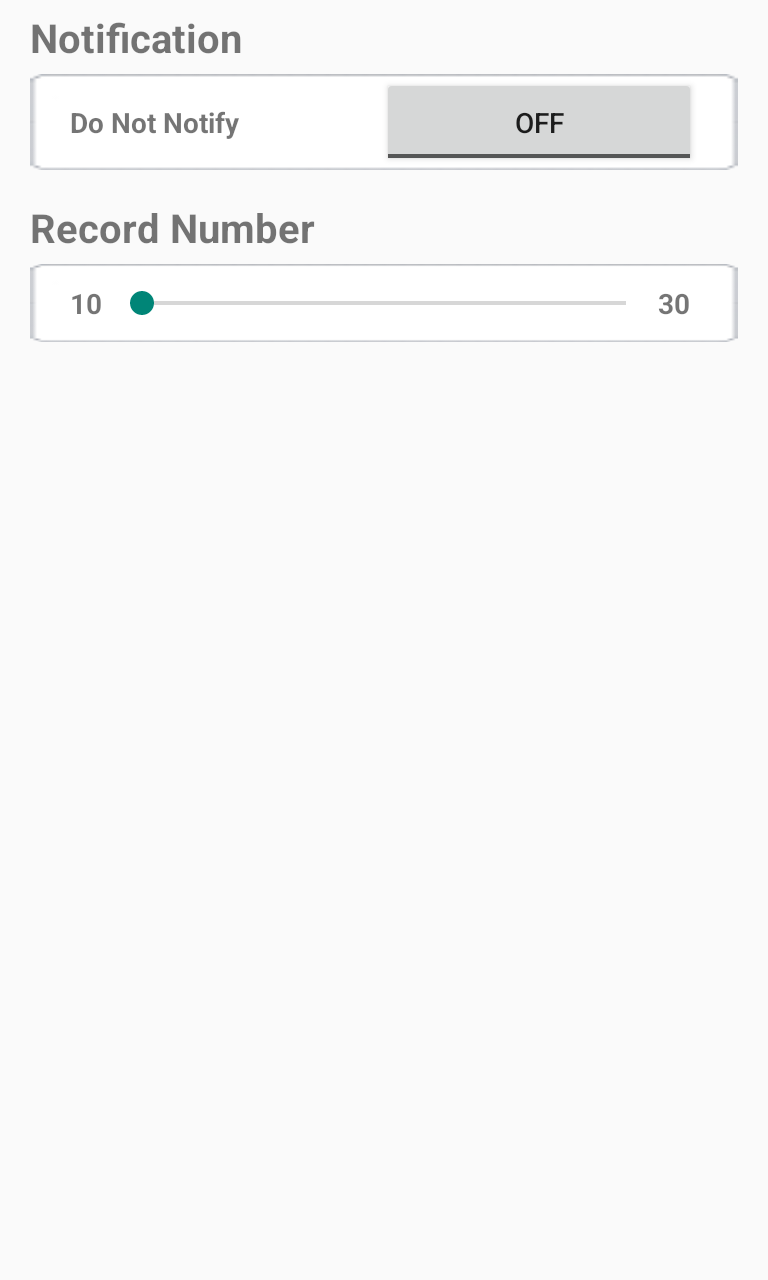
Repository: GitDidNotExitCleanly/AndroidTimer
Layout: G54MDP_Stopwatch/res/layout/fragment_settings.xml
These files come from the project's save history. The layout is drawn as it stood at one moment and after the next save; the edit follows.
It is drawn on a 768 x 1280 px phone screen (xhdpi) without system bars, with theme AppTheme; the app's code is not run.

Above is the layout before, as saved 2015-03-07 17:16:32.

### G54MDP_Stopwatch/res/layout/fragment_settings.xml
<?xml version="1.0" encoding="utf-8"?>
<LinearLayout xmlns:android="http://schemas.android.com/apk/res/android"
    android:layout_width="match_parent"
    android:layout_height="match_parent"
    android:orientation="vertical" >

    <LinearLayout
        android:layout_width="match_parent"
        android:layout_height="wrap_content"
        android:orientation="vertical"
        android:layout_marginTop="5dp"
        android:layout_marginBottom="5dp"
        android:layout_marginLeft="15dp"
        android:layout_marginRight="15dp" >

        <TextView
            android:layout_width="wrap_content"
            android:layout_height="wrap_content"
            android:textStyle="bold"
            android:textSize="20sp"
            android:text="Notification" />

       <LinearLayout
           android:layout_width="match_parent"
           android:layout_height="wrap_content"
           android:layout_marginBottom="5dp"
           android:layout_marginTop="5dp"
           android:paddingLeft="20dp"
           android:paddingRight="20dp"
           android:background="@drawable/settings_border"
           android:orientation="horizontal" >

            <TextView
                android:layout_width="wrap_content"
                android:layout_height="wrap_content"
                android:layout_weight="1"
                android:textStyle="bold"
                android:text="Do Not Notify" />

            <ToggleButton
                android:id="@+id/do_not_notify"
                android:layout_width="wrap_content"
                android:layout_height="wrap_content"
                android:layout_weight="1"
                android:checked="false"
                android:text="ToggleButton" />

        </LinearLayout>

    </LinearLayout>

    <LinearLayout
        android:layout_width="match_parent"
        android:layout_height="wrap_content"
        android:orientation="vertical"
        android:layout_marginTop="5dp"
        android:layout_marginBottom="5dp"
        android:layout_marginLeft="15dp"
        android:layout_marginRight="15dp" >

         <TextView
            android:layout_width="wrap_content"
            android:layout_height="wrap_content"
            android:textStyle="bold"
            android:textSize="20sp"
            android:text="Record Number" />

        <LinearLayout
            android:layout_width="match_parent"
            android:layout_height="wrap_content"
            android:layout_marginBottom="5dp"
            android:layout_marginTop="5dp"
            android:background="@drawable/settings_border"
            android:gravity="center"
            android:orientation="horizontal"
            android:paddingTop="10dp"
            android:paddingBottom="10dp"
            android:paddingLeft="20dp"
            android:paddingRight="20dp" >

            <TextView
                android:layout_width="20dp"
                android:layout_height="wrap_content"
                android:textStyle="bold"
                android:text="10" />

            <SeekBar
                android:id="@+id/record_number_seekbar"
                android:layout_width="fill_parent"
                android:layout_height="wrap_content"
                android:layout_weight="1" />

            <TextView
                android:layout_width="20dp"
                android:layout_height="wrap_content"
                android:textStyle="bold"
                android:text="30" />

        </LinearLayout>

    </LinearLayout>

</LinearLayout>

Loaded but not shown: G54MDP_Stopwatch/res/values/styles.xml (common file); G54MDP_Stopwatch/res/values-v11/styles.xml (common file); G54MDP_Stopwatch/res/values-v14/styles.xml (common file)

After the next save:
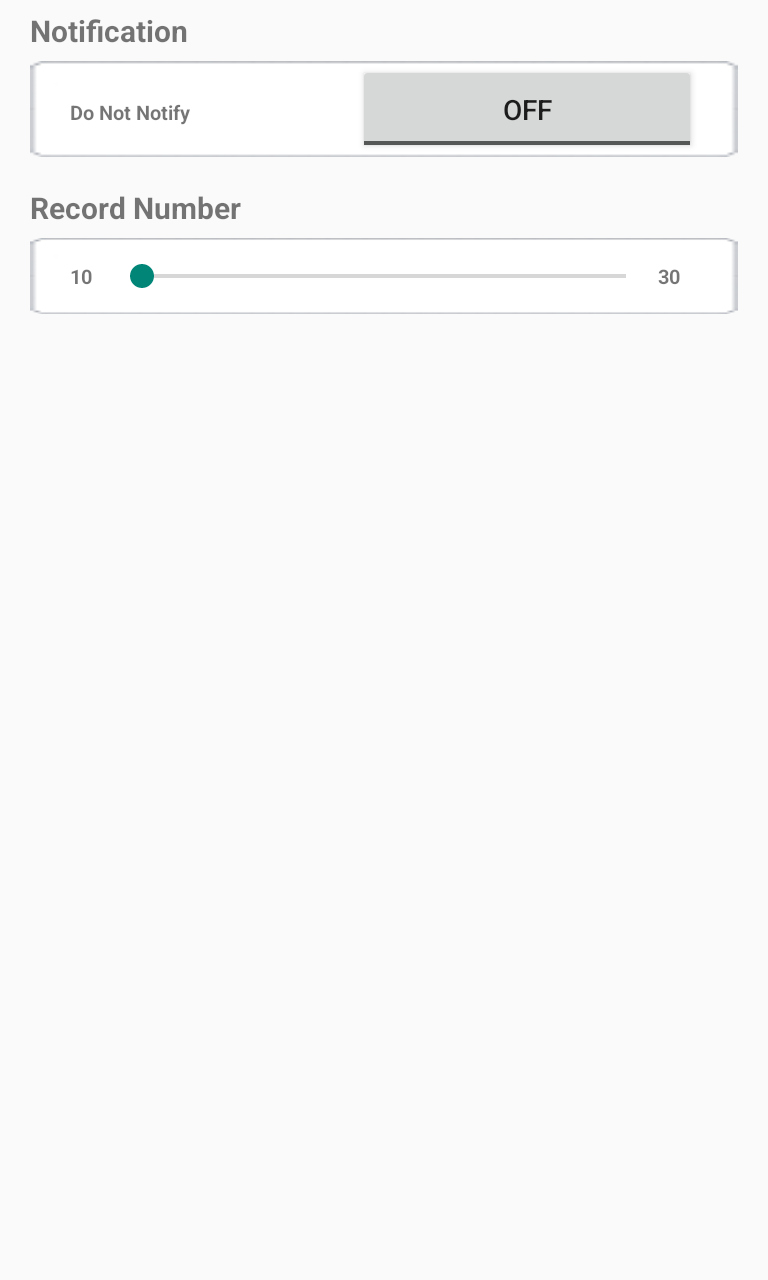
Saved 65 s later.
--- a/G54MDP_Stopwatch/res/layout/fragment_settings.xml
+++ b/G54MDP_Stopwatch/res/layout/fragment_settings.xml
@@ -17,7 +17,7 @@
             android:layout_width="wrap_content"
             android:layout_height="wrap_content"
             android:textStyle="bold"
-            android:textSize="20sp"
+            android:textSize="15sp"
             android:text="Notification" />
 
        <LinearLayout
@@ -35,6 +35,7 @@
                 android:layout_height="wrap_content"
                 android:layout_weight="1"
                 android:textStyle="bold"
+                android:textSize="10sp"
                 android:text="Do Not Notify" />
 
             <ToggleButton
@@ -62,7 +63,7 @@
             android:layout_width="wrap_content"
             android:layout_height="wrap_content"
             android:textStyle="bold"
-            android:textSize="20sp"
+            android:textSize="15sp"
             android:text="Record Number" />
 
         <LinearLayout
@@ -82,6 +83,7 @@
                 android:layout_width="20dp"
                 android:layout_height="wrap_content"
                 android:textStyle="bold"
+                android:textSize="10sp"
                 android:text="10" />
 
             <SeekBar
@@ -94,6 +96,7 @@
                 android:layout_width="20dp"
                 android:layout_height="wrap_content"
                 android:textStyle="bold"
+                android:textSize="10sp"
                 android:text="30" />
 
         </LinearLayout>
